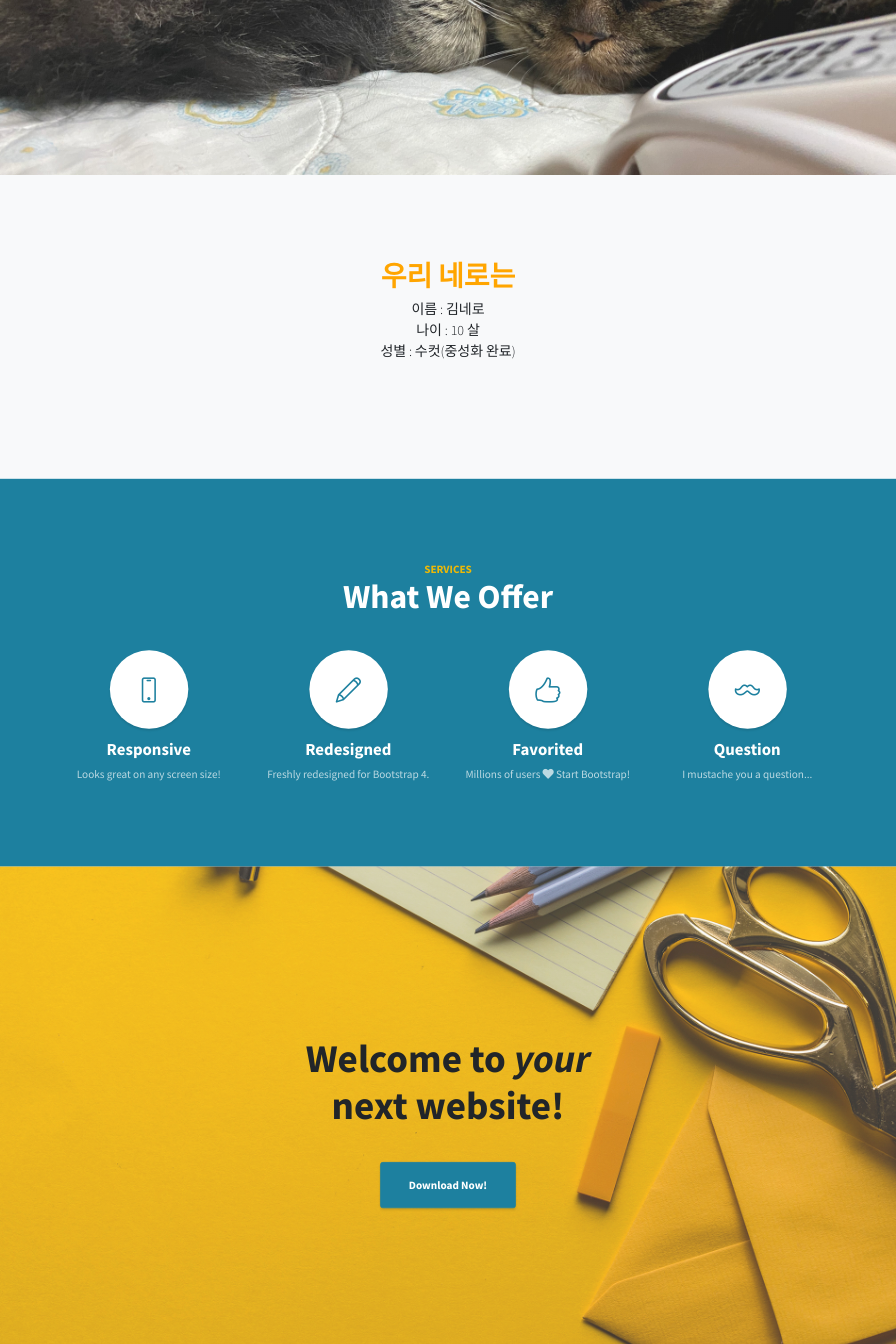
Repository: seungminlll3420/ruby_on_rails
Page: nero/index.html
The author's editor kept a record of every edit. The page is drawn from the files as they stood at one moment, then again after the next edit.
The browser window is 1280 px wide. The pictures show the part of the page from y = 470 to 2390 px (the page is 4681 px tall before and 4727 px after), at 70% of full size.

Above is the page before.

After the next edit:
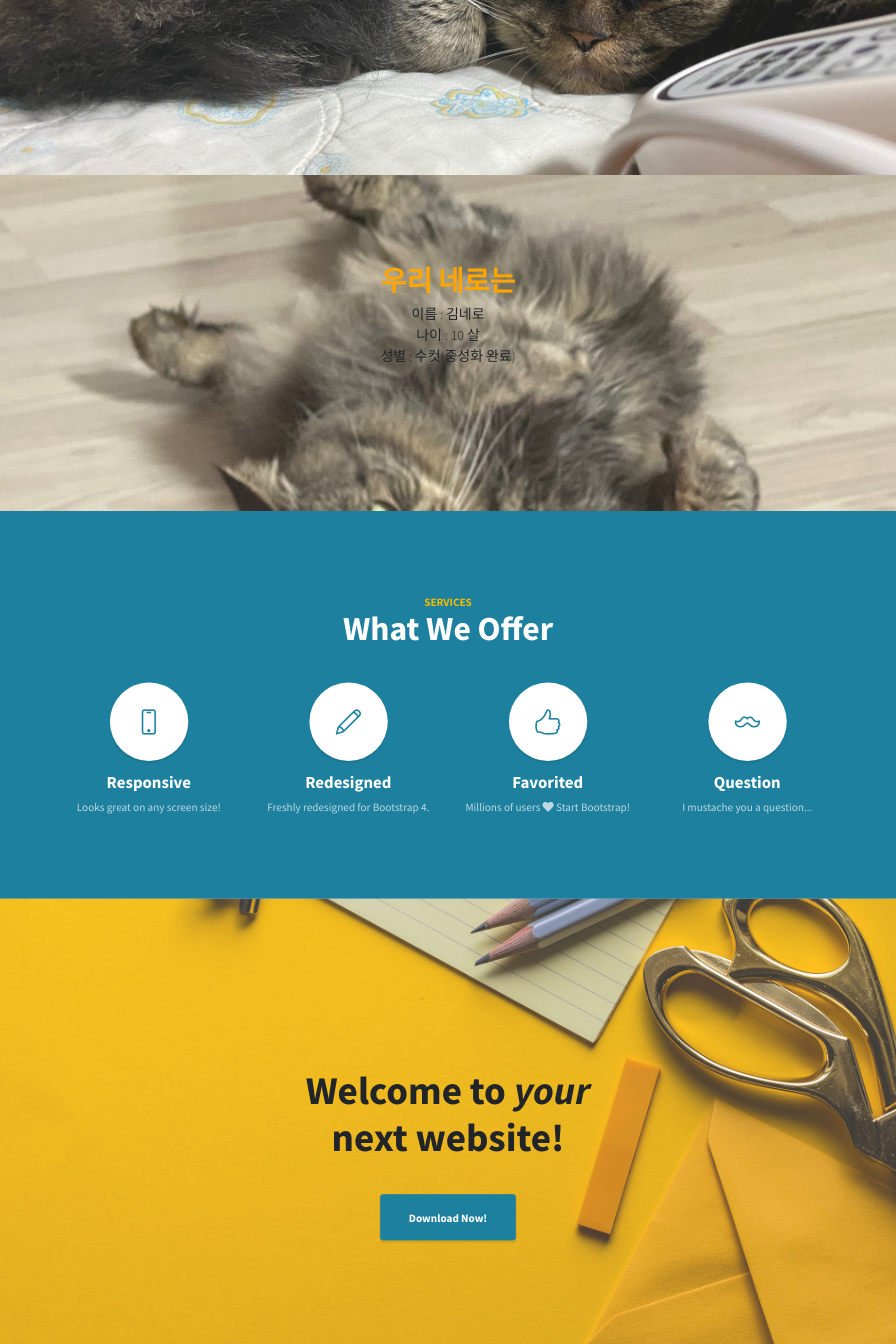
The edit:
--- a/nero/index.html
+++ b/nero/index.html
@@ -65,7 +65,7 @@
   </header>
 
   <!-- About -->
-  <section class="content-section bg-light" id="about">
+  <section class="neroimg" id="about" >
     <div class="container text-center">
       <div class="row">
         <div class="col-lg-10 mx-auto">
